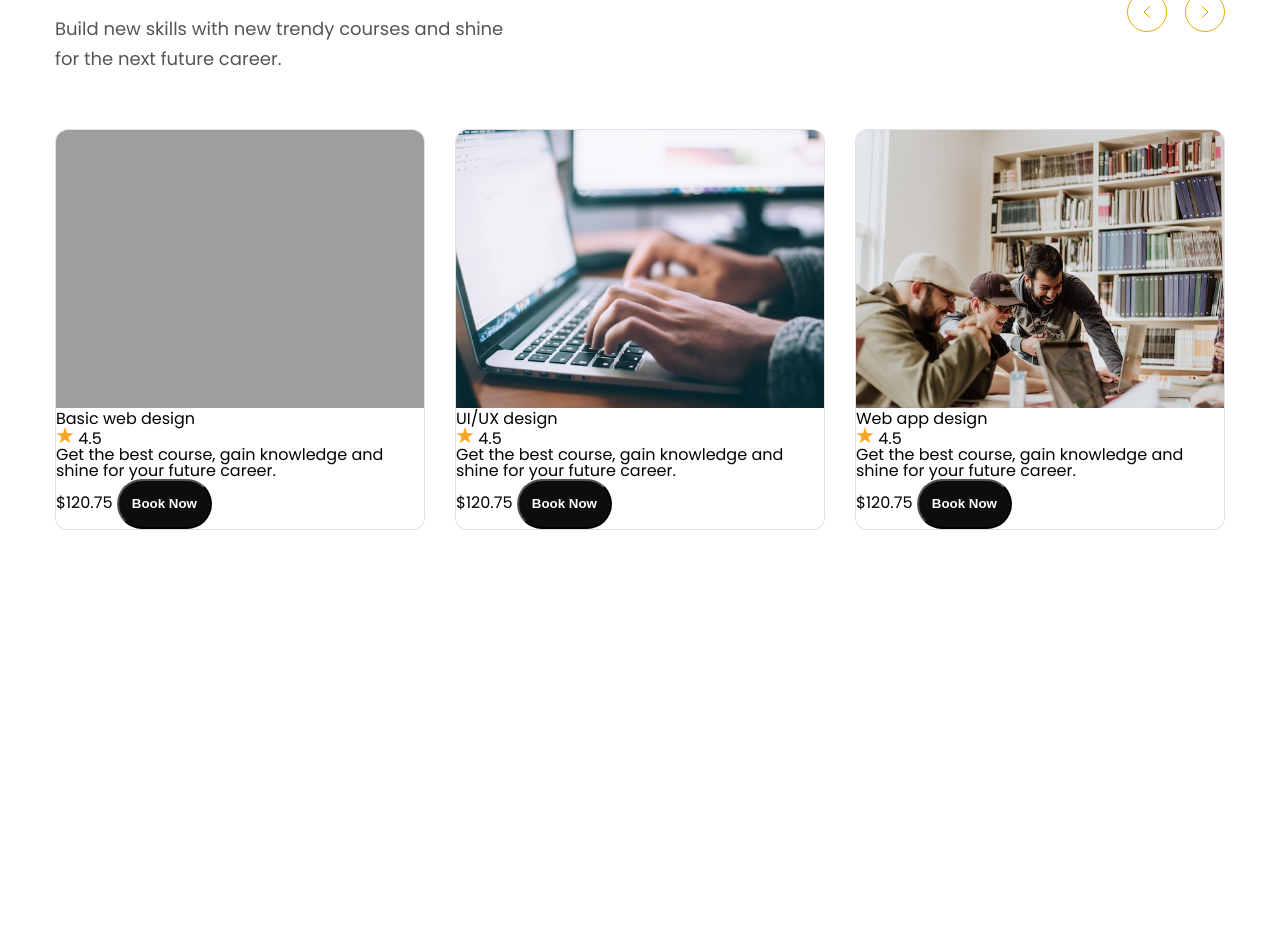
Repository: nguyendonghieu1011-png/figma-to-html1
Page: index.html
These files come from the project's save history. The page is drawn as it stood at one moment and after the next save; the edit follows.
The browser window is 1280 px wide. The pictures show the part of the page from y = 1149 to 2101 px (the page is 10000 px tall).
Pictures or frames that could not be fetched are drawn as grey boxes. A picture or video elsewhere on the page could not be fetched, so the positions and the page height are approximate. Some web fonts or font styles are not loaded; a fallback is used. Some web libraries are served in a nearby version.

Above is the page before, as saved 2026-01-02 17:30:12.

### index.html
<!DOCTYPE html>
<html lang="en">
<head>
  <meta charset="UTF-8">
  <meta name="viewport" content="width=device-width, initial-scale=1.0">
  <link rel="stylesheet" href="https://cdnjs.cloudflare.com/ajax/libs/font-awesome/7.0.1/css/all.min.css" integrity="sha512-2SwdPD6INVrV/lHTZbO2nodKhrnDdJK9/kg2XD1r9uGqPo1cUbujc+IYdlYdEErWNu69gVcYgdxlmVmzTWnetw==" crossorigin="anonymous" referrerpolicy="no-referrer" />
  <link rel="stylesheet" href="./assets/css/reset.css">
  <link rel="preconnect" href="https://fonts.googleapis.com">
  <link rel="preconnect" href="https://fonts.gstatic.com" crossorigin>
  <link href="https://fonts.googleapis.com/css2?family=Pacifico&family=Poppins:wght@200;300;400&family=Roboto:ital,wght@0,100..900;1,100..900&family=Sekuya&display=swap" rel="stylesheet">
  <link rel="stylesheet" href="./assets/css/style.css">
  <title>Project</title>
</head>
<body>
  <header class="header fixed">
    <div class="main content">
      <div class="body">

        <h1>TangSan</h1>

        <nav class="nav">
          <ul>
            <li class="active"><a href="#!">Home</a></li>
            <li><a href="#!">Courses</a></li>
            <li><a href="#!">Pricing</a></li>
            <li><a href="#!">Reviews</a></li>
          </ul>
        </nav>

        <div class="action">
          <a href="" class="btn btn-sign-up">Sign Up</a>
        </div>
      </div>
    </div>
  </header>

  <!-- main -->
   <main class="main">
    <div class="hero">
      <div class="main content">
        <div class="body">
          <!-- left -->
          <div class="media-block">
            <img class="img" src="./assets/img/hero-img.jpg" alt="" >

            <div class="hero-summary">
              <!-- item1 -->
              <div class="item">
                <div class="icon">
                  <img class="icon-design dev" src="./assets/icon/des.svg" alt="Design">
                </div>

                <div class="info">
                  <p class="label">20 Courrses</p>
                  <p class="title">UI/UX Design</p>
                </div>
              </div>
              <!-- item2 -->
               <div class="item">
                <div class="icon">
                  <img class="icon-design" src="./assets/icon/dev.svg" alt="">
                </div>

                <div class="info">
                  <p class="label">20 Courrses</p>
                  <p class="title">Development</p>
                </div>
              </div>
              <!-- item3 -->
               <div class="item">
                <div class="icon">
                  <img class="icon-design" src="./assets/icon/marketing.svg" alt="">
                </div>

                <div class="info">
                  <p class="label">30 Courrses</p>
                  <p class="title">Marketing</p>
                </div>
              </div>
            </div>

            </div>
          <!-- right -->
           <div class="content-block">
              <h1 class="heading">Learn without limits and spread knowledge.</h1>
              <p class="desc">
                Lorem ipsum dolor sit amet consectetur adipisicing elit. Illum tenetur minima,
                est voluptas eaque aspernatur aperiam hic.
                Necessitatibus, doloremque architecto.
              </p>

              <div class="cta-group">
                <a class="btn hero-cta" href="#!">See Courses</a>
                <button class="watch-video">
                  <div class="icon">
                    <img class="icon-play" src="./assets/icon/play.svg" alt="">
                  </div>
                  <span>Watch Video</span>
                </button>
              </div>

              <p class="desc desc-recent">Recent eagement</p>
              <p class="desc stats">
                <strong>50K</strong> Students
                <strong>70+</strong> Courses
              </p>
           </div>

        </div>
      </div>
    </div>
   </main>

   <!-- popular -->
  <div class="popular">
  <div class="main content">
    <div class="popular-top">
      <!-- popular left -->
      <div class="info">
      <h2 class="heading-lv2">Our popular courses</h2>
        <p class="desc">
          Build new skills with new trendy courses and shine for the next future career.
        </p>
      </div>
      <!-- popular right -->
      <div class="controls">
        <button class="control-btn">
          <!-- <img src="./assets/icon/prev.svg" alt=""> -->
          <svg width="8" height="14" viewBox="0 0 8 14" fill="none"
                                xmlns="http://www.w3.org/2000/svg">
                                <path d="M7 1L1 7L7 13" stroke="currentColor" stroke-linecap="round"
                                    stroke-linejoin="round" />
                            </svg>
        </button>
        <button class="control-btn btn1">
          <!-- <img src="./assets/icon/next.svg" alt=""> -->
           <svg width="8" height="14" viewBox="0 0 8 14" fill="none"
                                xmlns="http://www.w3.org/2000/svg">
                                <path d="M1 1L7 7L1 13" stroke="currentColor" stroke-linecap="round"
                                    stroke-linejoin="round" />
                            </svg>
        </button>
      </div>
    </div>

    <!-- COURSE LIST -->
    <div class="course-list">
      <!-- item 1 -->
      <div class="course-item">
        <img src="./assets/img/course-1.jpg" alt="design" class="thumb">

        <div class="info">
          <div class="head">
            <h3 class="title">Basic web design</h3>
            <div class="rating">
              <img src="./assets/icon/star.svg" alt="" class="star">
              <span class="value">4.5</span>
            </div>
          </div>

          <p class="desc">
            Get the best course, gain knowledge and shine for your future career.
          </p>

          <div class="foot">
            <span class="price">$120.75</span>
            <button class="btn">Book Now</button>
          </div>
        </div>
      </div>

      <!-- item 2 -->
            <div class="course-item">
        <img src="./assets/img/course-2.jpg" alt="UI/UX design" class="thumb">

        <div class="info">
          <div class="head">
            <h3 class="title">UI/UX design</h3>
            <div class="rating">
              <img src="./assets/icon/star.svg" alt="" class="star">
              <span class="value">4.5</span>
            </div>
          </div>

          <p class="desc">
            Get the best course, gain knowledge and shine for your future career.
          </p>

          <div class="foot">
            <span class="price">$120.75</span>
            <button class="btn">Book Now</button>
          </div>
        </div>
      </div>

      <!-- item 3 -->
            <div class="course-item">
        <img src="./assets/img/course-3.jpg" alt="web app design" class="thumb">

        <div class="info">
          <div class="head">
            <h3 class="title">Web app design</h3>
            <div class="rating">
              <img src="./assets/icon/star.svg" alt="" class="star">
              <span class="value">4.5</span>
            </div>
          </div>

          <p class="desc">
            Get the best course, gain knowledge and shine for your future career.
          </p>

          <div class="foot">
            <span class="price">$120.75</span>
            <button class="btn">Book Now</button>
          </div>
        </div>
      </div>

    </div>
  </div>
</div>

</body>
</html>

### assets/css/style.css
* {
  box-sizing: border-box;
}

:root {
  --font-heading: "Sen", sans-serif;
}

html {
  font-size: 62.5%;
}

body {
  font-size: 1.6rem;
  font-family: "Poppins", sans-serif;
  height: 1000rem;

}

h1 {
  font-weight: 700;
  font-style: italic;
  padding: 5px;
  margin-left: 20px;
  margin-right: 20px;
}

a {
  text-decoration: none;
}

.heading-lv2 {
  color: black;
  font-family: var(--font-heading);
  font-size: 38px;
  font-weight: 700;
  line-height: 48px;
  letter-spacing: -0.76px;
}

.header {
  background-color: #f8f9f6;
}

.header.fixed {
  z-index: 1;
  position: sticky;
  top: -28px;
}

.header h1 {
  font-size:2.8rem;
  text-shadow: 3px 0 0 #7b7b7b
}

.btn {
  display: inline-block;
  background-color: #0d0d0d;
  text-align: center;
  color: #fff;
  padding: 8px 13px;
  line-height: 30px;
  border-radius: 999px;
  font-weight: 600;
}

.btn-sign-up:hover {
  /* background-color: #5b5d54; */
  opacity: 0.9
}


.main.content {
  width: 1170px;
  max-width: calc(100% - 48px);
  margin-left: auto;
  margin-right: auto;
}

.header .body {
  display: flex;
  align-items: baseline; /* or center*/
  padding: 36px 0 8px
}

.nav {
  margin-left: auto;
}

.nav ul {
  display: flex;
}

.nav a {
  position: relative;
  color: rgb(100, 95, 95);
  text-align: center;
  padding: 8px 21px;
}

.nav a:hover {
  color:black;
  /* font-weight: 600; */
  /* font-size: 17px; */
  text-shadow: 1px 0 0 currentColor;
}

.header .btn-sign-up {
  min-width: 130px;
}

.header .action {
  margin-left: 50px;
}

.hero {
  padding: 56px 0 65px;
  background-color: #f8f9f6;
}

.hero .body {
  display: flex;
}

.hero .media-block {
  position: relative;
  width: 50%;
}

.hero .content-block {
  width: 52%;
  margin-left: 100px
}

.hero .media-block .img {
  width: 470px;
  height: 685px;
  object-fit: cover;
  border-radius: 20px;
}

.hero .hero-summary {
  position: absolute;
  bottom: 50px;
  right: 0;
  background-color: #fff;
  padding: 30px 60px;
  border-radius: 20px;
}



.hero-summary .info {
  margin-left: 16px;
}


.hero-summary .icon {
  width: 48px;
  height: 48px;
  border-radius: 50%;
  display: flex;
  justify-content: center;
  align-items: center;
  background-color: #fff9e8;
}



.hero-summary .item {
  display: flex;
  align-items: center;
}

.hero-summary .item + .item {
  margin-top: 22px;
}

.hero-summary .label {
  color:#787777;
  font-size: 1.4rem;
  line-height: 186%;
}

.hero-summary .title {
  font-size: 1.8rem;
  font-weight: 600;
  line-height: 30px
}

.hero .content-block {
  width: 52%;
  padding-left: 130px;
}


.hero .heading {
  font-family: var(--font-heading);
   font-size: 58px;
  font-style: normal;
  font-weight: 700;
  line-height: 68px;
  letter-spacing: -1.16px /*khoảng cách giữa các chữ cái*/

}

.hero .desc {
  margin-top: 20px;
  color: #787777;
  font-size: 1.8rem;
  line-height: 1.67;
}

.hero .cta-group {
  margin-top: 38px;
  display: flex;
}

.hero-cta {
  background-color: #b7ae07;
  min-width: 170px;
  line-height: 35px;
  margin-right: 20px;
}

.hero .watch-video {
  border: none;
  display: flex;
  justify-content: center;
  align-items: center;
  background-color: transparent;
  cursor: pointer;
}


.hero-cta:hover {
  background-color: #7e7c05;
}

.cta-group span {
  margin-left: 10px;
  font-size: 1.8rem;
  font-weight: 700;
  line-height: 30px;

}

.hero .watch-video .icon {
  display: flex;
  align-items: center;
  justify-content: center;
  width: 40px;
  height: 40px;
  border-radius: 40px;
  background: #fff;
  box-shadow: 0px 8px 16px 0px rgba(0, 0, 0, 0.07);
}



.hero .desc-recent {
  margin-top: 35px;
}

.hero .stats {
  margin-top: 8px;
}

.hero .stats strong {
  margin-right: 15px;
  color: black;
  font-family: var(--font-heading);
  font-size: 44px;
  font-weight: 700;
  line-height: 54px;
}

.hero .stats strong:nth-child(2) {
  margin-left: 28px;
}

/* popular */

.popular {
  padding: 65px 0;
  margin-top: 135px;
}

.popular-top {
  display: flex;
  justify-content: space-between;
  align-items: center;
}

.popular-top .desc{
  margin-top: 16px;
  width: 458px;
  color: #555555;
  font-size: 1.8rem;
  line-height: 1.67;
}

.popular-top .controls {
  display: flex;
  gap: 18px;
}

.popular .control-btn {
  display: flex;
  justify-content: center;
  align-items: center;
  background: transparent;
  width: 40px;
  height: 40px;
  padding: 10px 15px;
  border-radius: 999px;
  color: rgb(235, 166, 3);
  border: 1px solid rgb(235, 166, 3);

}

.popular .control-btn:hover {
  background-color: rgb(235, 166, 3);;
  color: #fff;
   cursor: pointer;
}

.popular .course-list {
  margin-top: 55px;
  display: flex;
  align-items: baseline;
  gap: 30px;
}

.popular .course-item {
  border-radius: 12px;
  border: 1px solid rgb(225, 224, 224)
}

.popular .course-item .thumb {
  border-top-left-radius: 12px;
  border-top-right-radius: 12px;
  width: 100%;
  height: 278px;
  object-fit: cover;
}

.popular .course-item .title {


}

Loaded but not shown: assets/css/reset.css (common file)

After the next save:
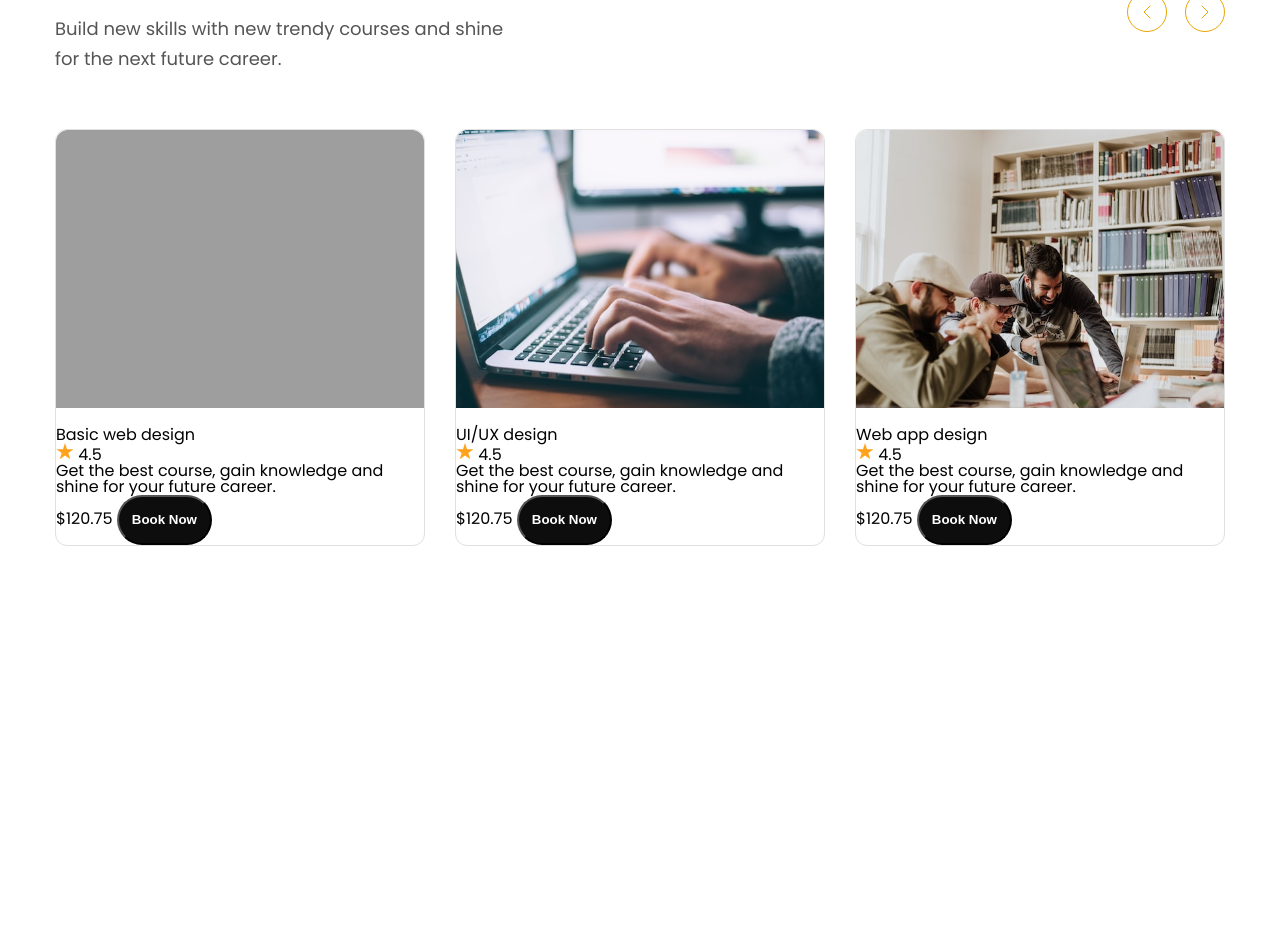
Saved 39 s later.
--- a/assets/css/style.css
+++ b/assets/css/style.css
@@ -345,7 +345,7 @@ a {
   object-fit: cover;
 }
 
-.popular .course-item .title {
-
-
-}
+.popular .course-item .head {
+  margin-top: 16px;
+  margin-right: 22px;
+}
